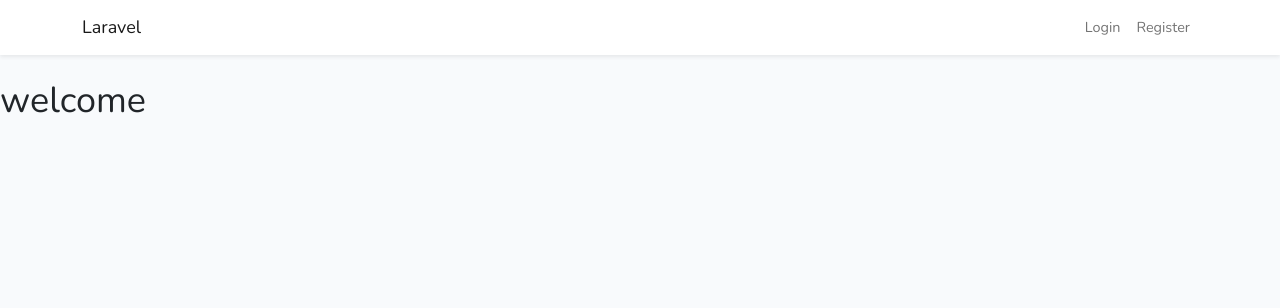
Repository: Abuziarova/grupa_rbr
Page: http://localhost/
These files come from the project's save history. The page is drawn as it stood at one moment and after the next save; the edit follows.
The browser window is 1280 px wide. The pictures show the whole page.
The page is served by the project's Laravel application, run on PHP 8.4 with Laravel 8. Queries for data that is not in the repository find no rows.

Above is the page before, as saved 2022-01-29 19:37:52.

After the next save:
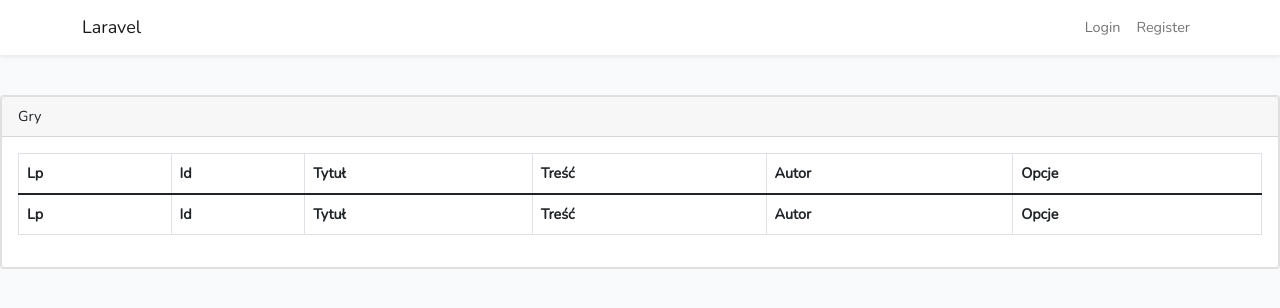
Saved 11 min 14 s later.
--- a/resources/views/posts.blade.php
+++ b/resources/views/posts.blade.php
@@ -1,9 +1,55 @@
 @extends('layouts.app')
 @section('content')
 
-    <h1>welcome</h1>
-    @foreach ($posts as $post)
-        {{ $post->title }}
-    @endforeach
+@section('content')
+    <div class="card mt-3">
+        <div class="card">
+            <div class="card-header"><i class="fas fa-table mr-1"></i>Gry</div>
+            <div class="card-body">
+                <div class="table-responsive">
+                    <table class="table table-bordered" id="dataTable" width="100%" cellspacing="0">
+                        <thead>
+                            <tr>
+                                <th>Lp</th>
+                                <th>Id</th>
+                                <th>Tytuł</th>
+                                <th>Treść</th>
+                                <th>Autor</th>
+                                <th>Opcje</th>
+                            </tr>
+                        </thead>
+                        <tfoot>
+                            <tr>
+                                <th>Lp</th>
+                                <th>Id</th>
+                                <th>Tytuł</th>
+                                <th>Treść</th>
+                                <th>Autor</th>
+                                <th>Opcje</th>
+                            </tr>
+                        </tfoot>
+                        <tbody>
+                            @foreach ($posts ?? [] as $post)
+                                <tr>
+                                    <td>{{ $loop->iteration }}</td>
+                                    <td>{{ $post->id }}</td>
+                                    <td>{{ $post->title }}</td>
+                                    <td>{{ $post->content }}</td>
+                                    <td>{{ $post->author }}</td>
+                                    <td>
+                                        {{-- <a href="{{ route('games.show', ['game' => $game->id]) }}">Szczegóły</a> --}}
+                                        <a href="#">Szczegóły</a>
+                                    </td>
+                                </tr>
+                            @endforeach
+                        </tbody>
+                    </table>
+                </div>
+                {{ $posts->links() }}
+            </div>
+        </div>
+    </div>
+@endsection
+
 
 @endsection
